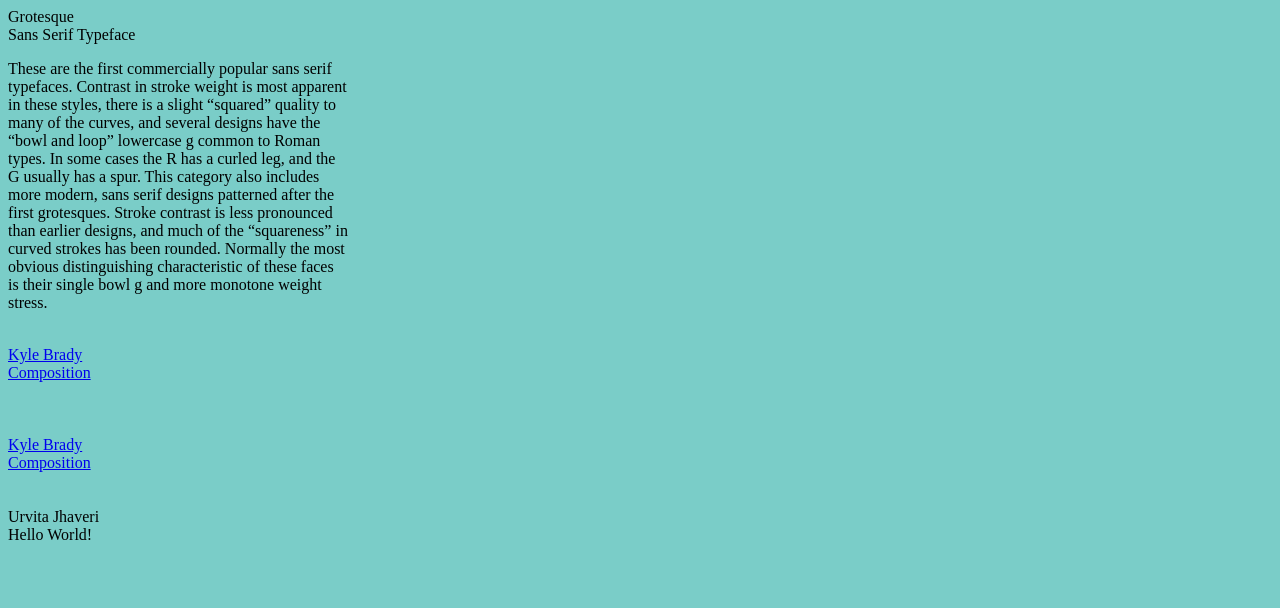
Repository: diasm568/diasm568.github.io
Page: lab/archive/grotesque.html
The author's editor kept a record of every edit. The page is drawn from the files as they stood at one moment, then again after the next edit.
The browser window is 1280 px wide. The pictures show the whole page.

Above is the page before.

### lab/archive/grotesque.html
<!DOCTYPE html>

<title>Composition Archive</title>

<link rel="stylesheet" type="text/css" href="css/page2.css" />

<p1>Grotesque</p1>
<br>
<p2>Sans Serif Typeface</p2>
<p style="width:340px;">These are the first commercially popular sans serif typefaces. Contrast in stroke weight is most apparent in these styles, there is a slight “squared” quality to many of the curves, and several designs have the “bowl and loop” lowercase g common to Roman types. In some cases the R has a curled leg, and the G usually has a spur. This category also includes more modern, sans serif designs patterned after the first grotesques. Stroke contrast is less pronounced than earlier designs, and much of the “squareness” in curved strokes has been rounded. Normally the most obvious distinguishing characteristic of these faces is their single bowl g and more monotone weight stress.</p>

<body>
<a href="http://bradk647.github.io/composition/index.html"><br>
Kyle Brady
<br>Composition</a>
<br>
<br>
<br>
<a href="http://hongj871.github.io/composition/compositionindex.html"><br>
Kyle Brady
<br>Composition</a>
<br>
<br>
<br>
Urvita Jhaveri
<br>
Hello World!
</body>

### lab/archive/css/page2.css
body {
    background-color: #7acdc8;
}

h1 {
    font-family: bebasNeueBold;
    font-size: 40px;
}

p {
    font-family: roboto-light;
}

After the next edit:
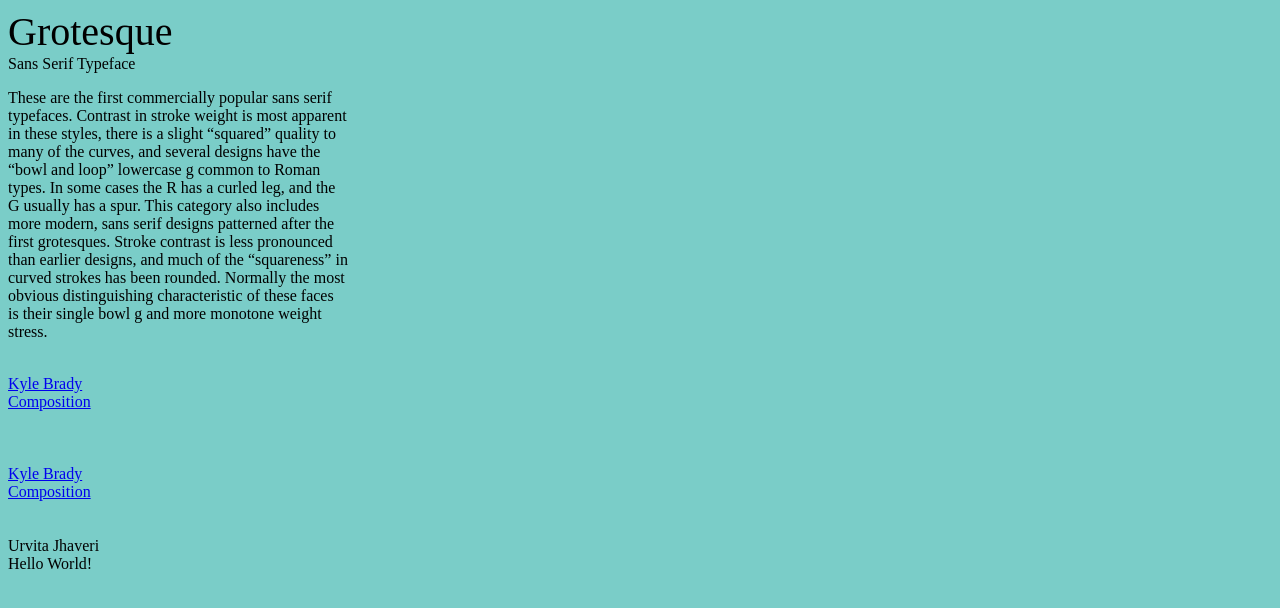
The edit:
--- a/lab/archive/css/page2.css
+++ b/lab/archive/css/page2.css
@@ -2,7 +2,7 @@
     background-color: #7acdc8;
 }
 
-h1 {
+p1 {
     font-family: bebasNeueBold;
     font-size: 40px;
 }
